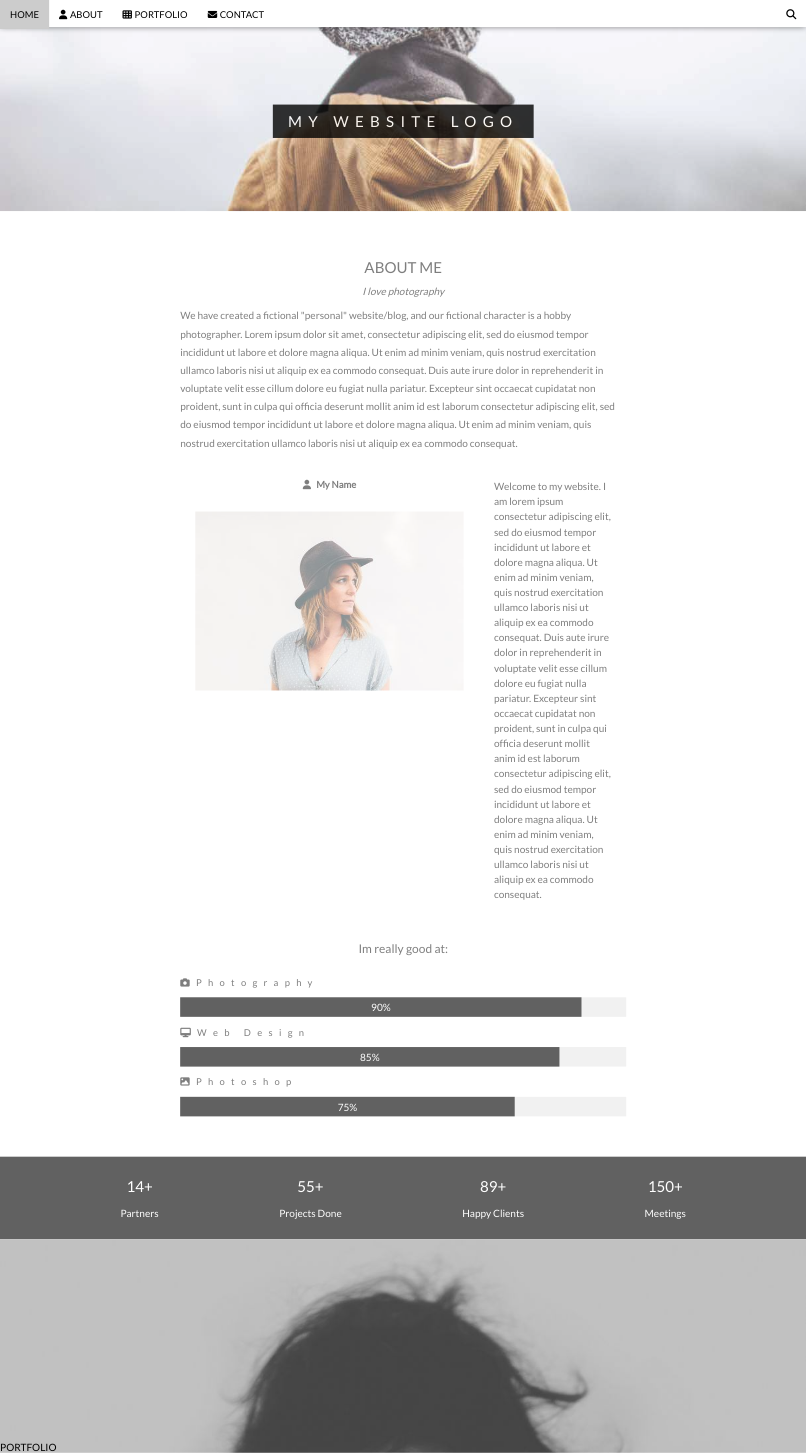
Repository: xd25vn/project-error
Page: index.html
These files come from the project's save history. The page is drawn as it stood at one moment and after the next save; the edit follows.
The browser window is 1280 px wide. The pictures show the whole page, at 63% of full size.

Above is the page before, as saved 2023-09-02 19:26:11.

After the next save:
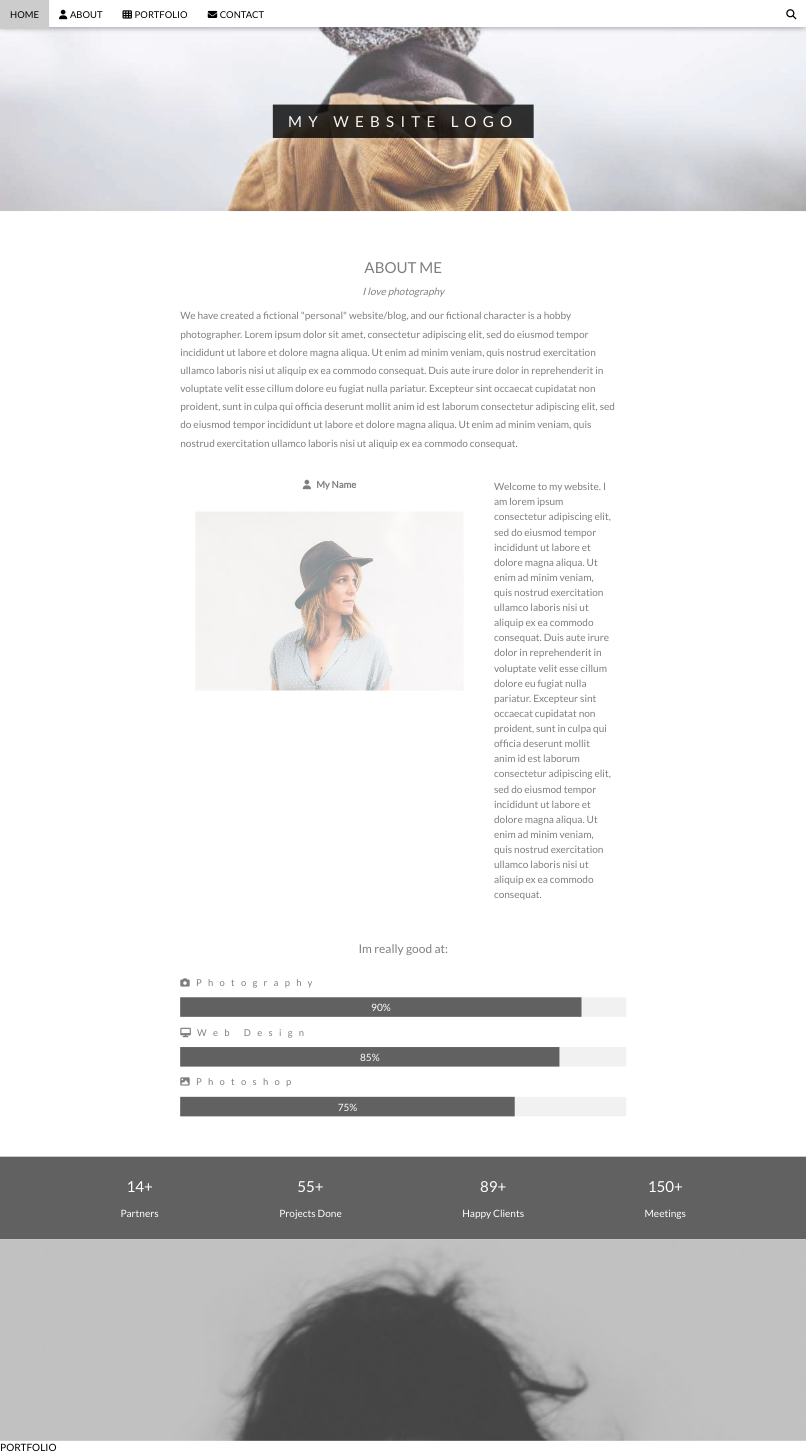
Saved 42 s later.
--- a/assets/main.css
+++ b/assets/main.css
@@ -220,4 +220,9 @@ header .nav-icon-search:hover i {
     background: url(../assets/image/parallax2.jpg) center / cover no-repeat;
     padding-top: 25%;
     width: 100%;
-}
+    position: relative;
+}
+
+#content .portfolio .heading-text {
+    position: absolute;
+}
